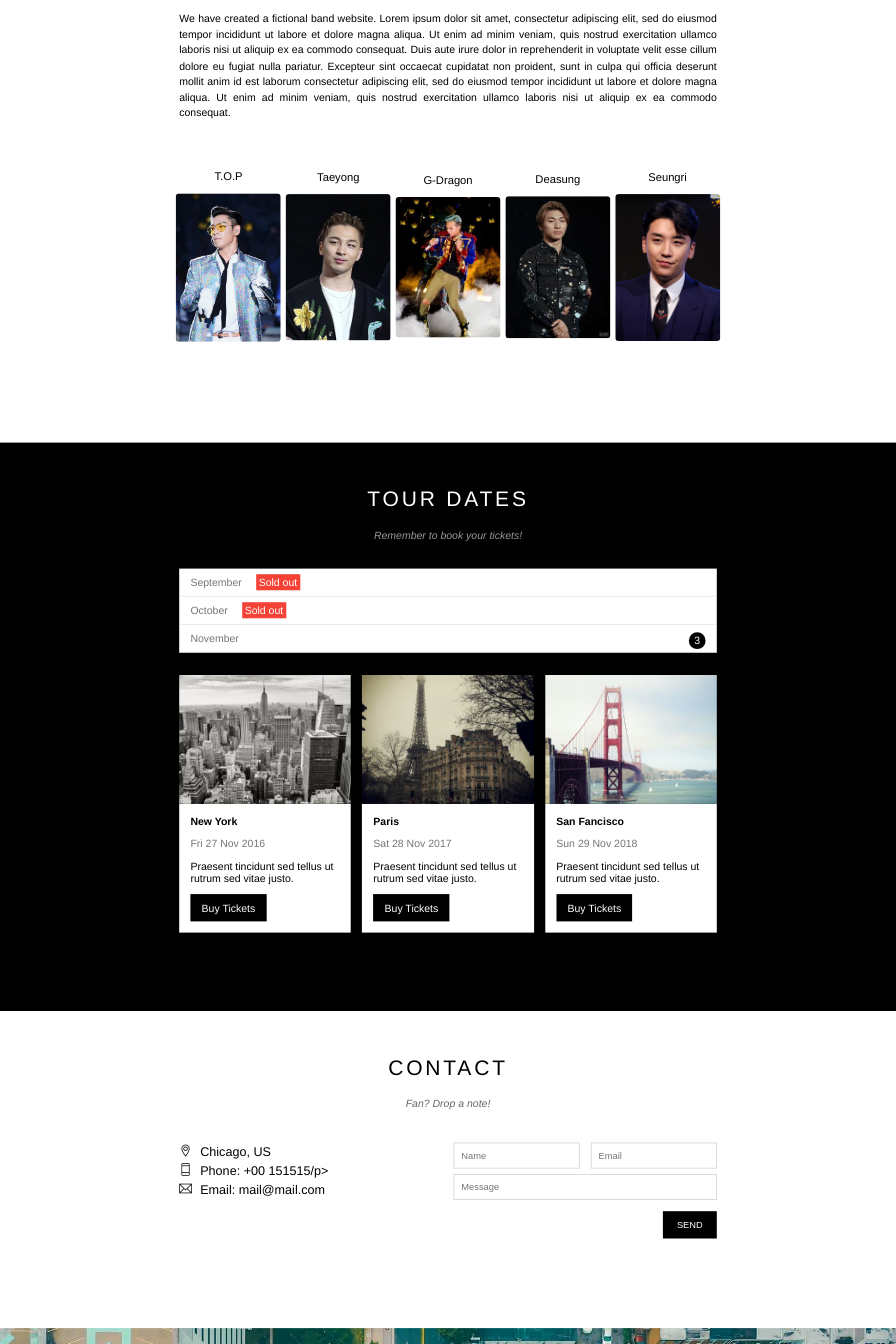
Repository: ThinhTran2k/BigBang-Band-Website
Page: index.html
The author's editor kept a copy of each file at every save. The page is drawn from the files as they stood at one save, then again after a run of saves.
The browser window is 1280 px wide. The pictures show the part of the page from y = 836 to 2756 px (the page is 3645 px tall before and 3655 px after), at 70% of full size.

Above is the page before, as saved 2021-03-16 18:58:17.
Console error: TypeError: Cannot set properties of undefined (setting 'onclick')

After the next 2 saves:
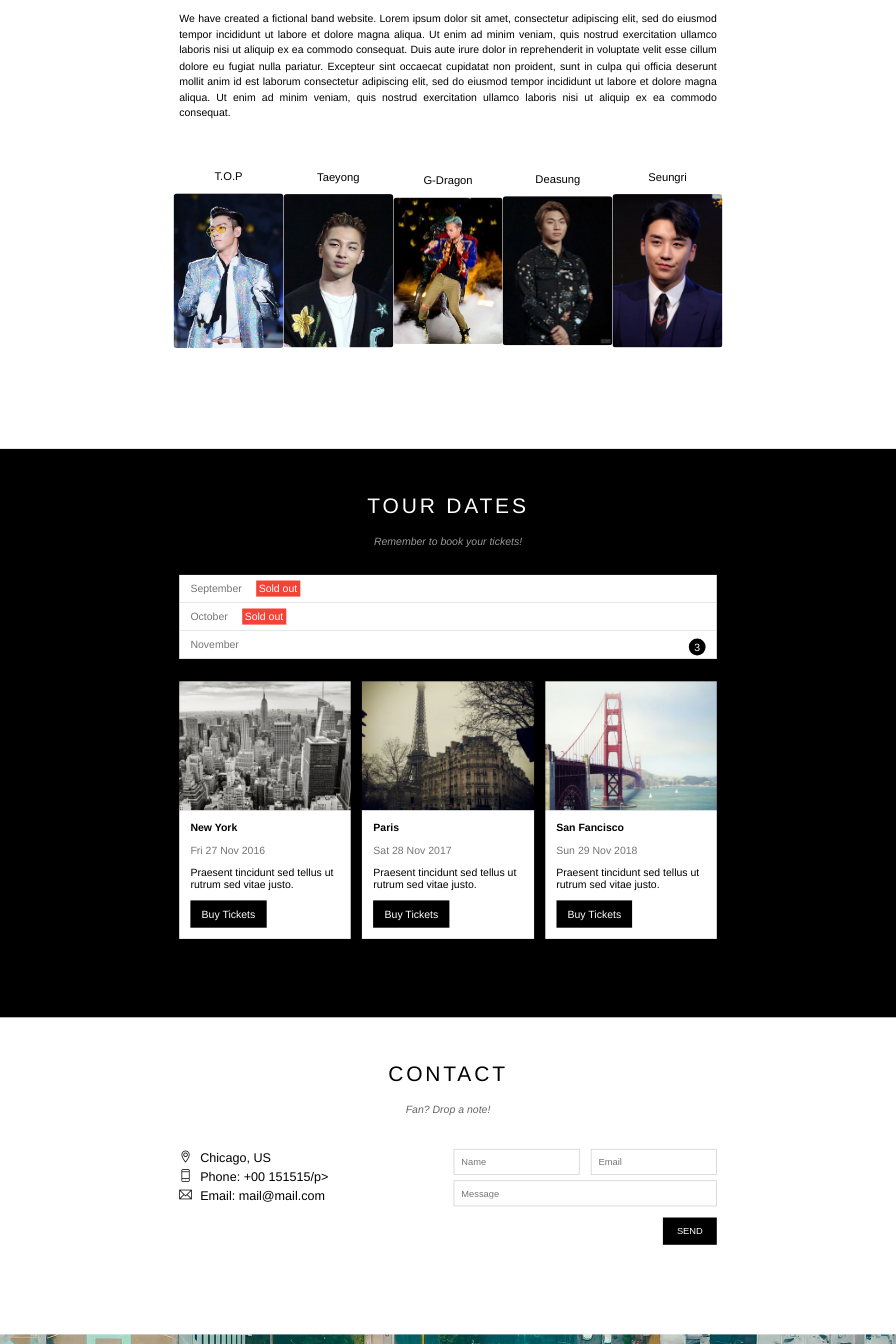
The 2 saves are shown as one change because they came seconds apart.
The last was saved 3 min 11 s later.
--- a/asset/css/style.css
+++ b/asset/css/style.css
@@ -206,7 +206,7 @@
 }
 .member-item .member-img {
     border-radius: 5px;
-    width: 150px;
+    width: 100%;
     object-fit: contain;
 }
 .content-section--black {

After the save that followed:
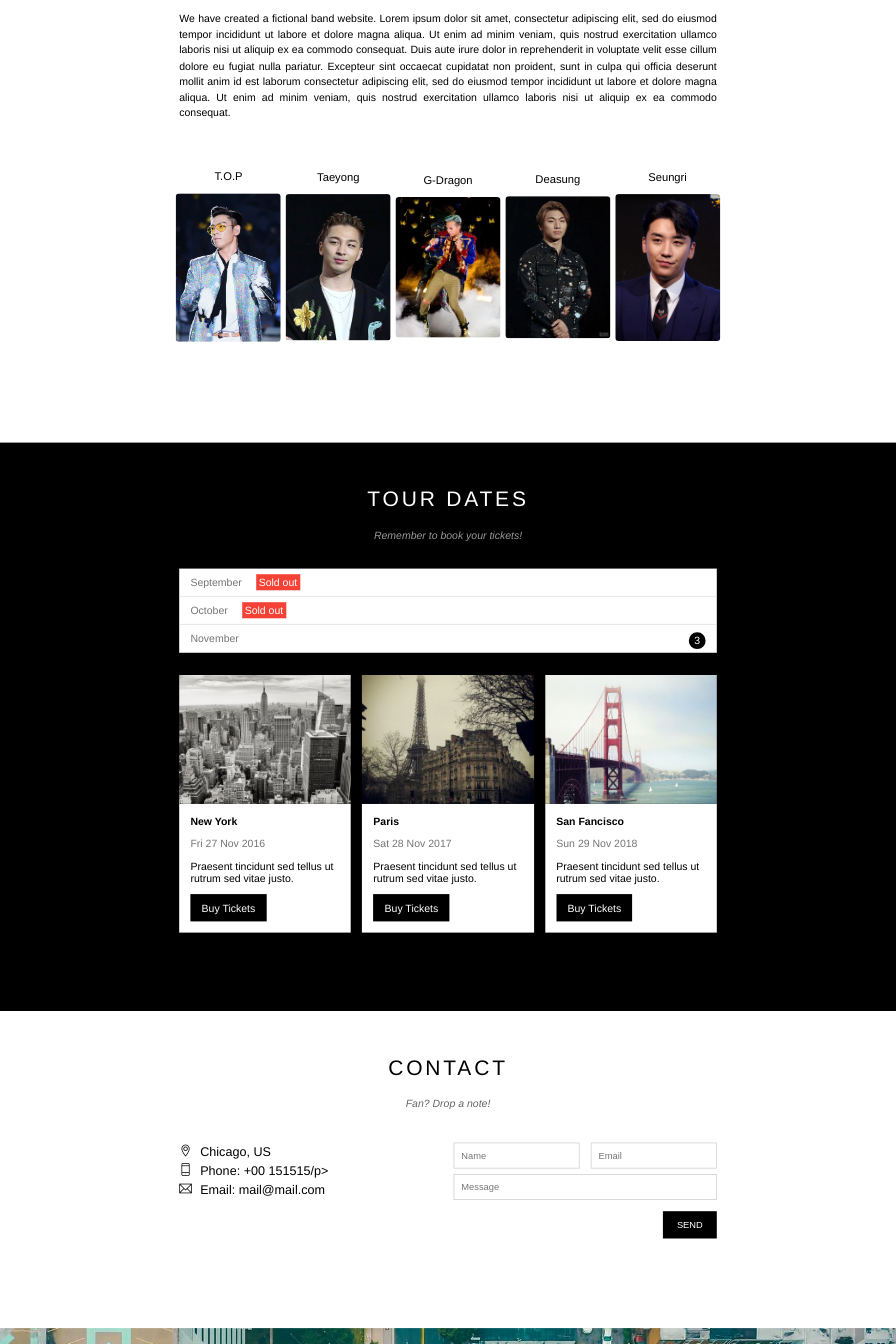
Saved 33 s later.
--- a/asset/css/style.css
+++ b/asset/css/style.css
@@ -206,7 +206,7 @@
 }
 .member-item .member-img {
     border-radius: 5px;
-    width: 100%;
+    width: 150px;
     object-fit: contain;
 }
 .content-section--black {
